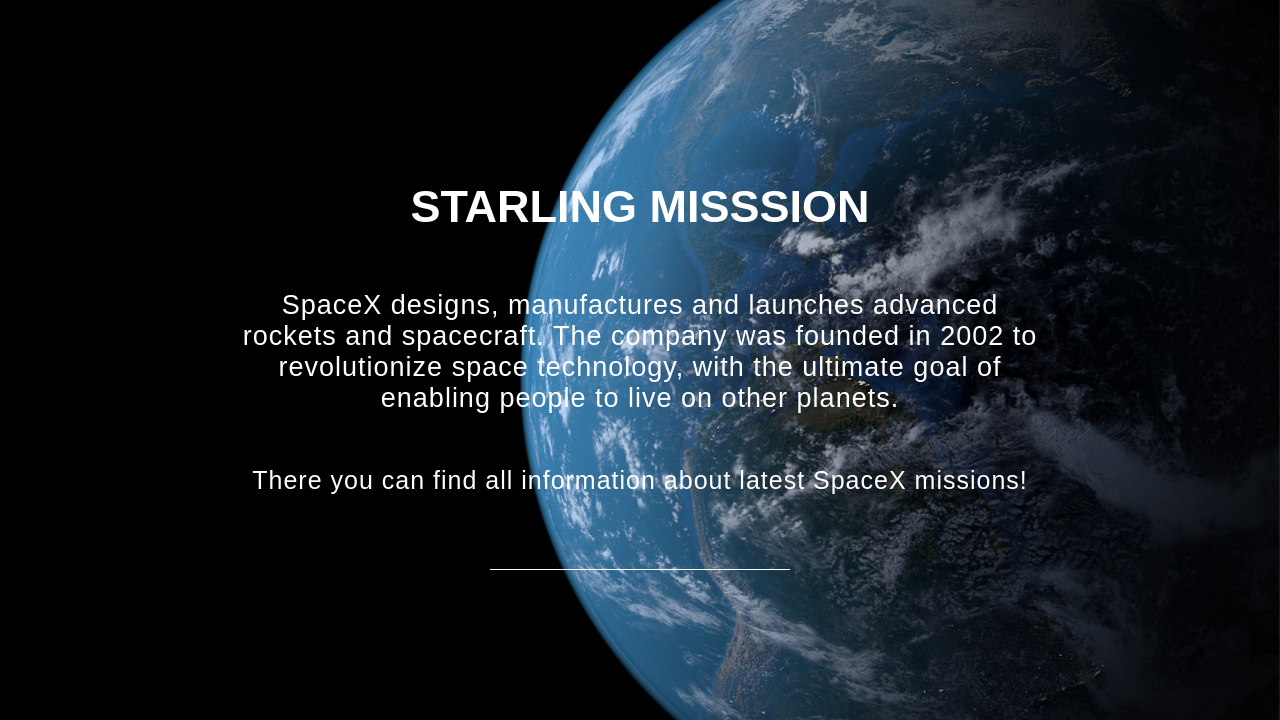
Repository: PJasiczek/vue-shop
Page: /#/
The author's editor kept a copy of each file at every save. The page is drawn from the files as they stood at one save, then again after a run of saves.
The browser window is 1280 px wide. The pictures show the whole page.
Some web fonts or font styles are not loaded; a fallback is used. The project was rebuilt for these pictures with package versions that can differ from the ones it lists, and the page was loaded fresh each time.

Above is the page before, as saved 2020-04-06 18:30:25.

After the next 2 saves:
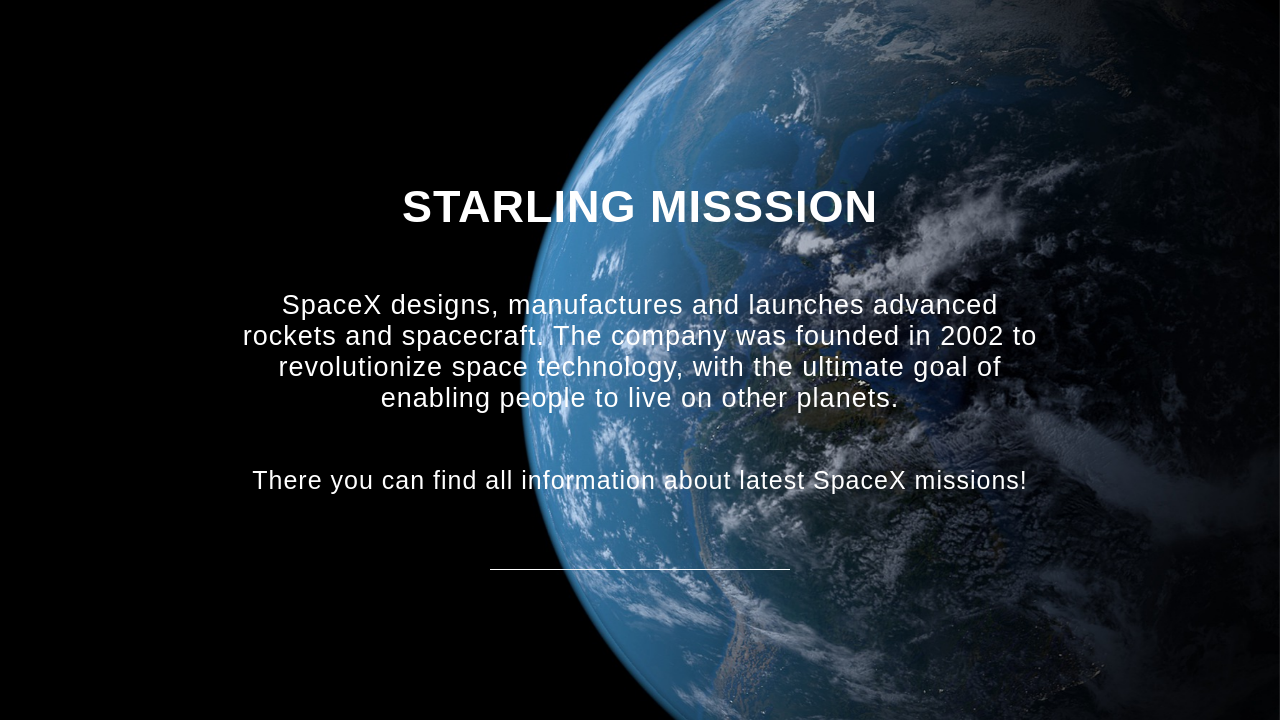
The 2 saves are shown as one change because they came seconds apart.
The last was saved 7 s later.
--- a/src/components/Claim.vue
+++ b/src/components/Claim.vue
@@ -26,6 +26,11 @@
 
         @media (min-width: 768px) {
             font-size: 45px;
+        }
+
+        @media (min-width: 1024px) {
+            width: 800px;
+            letter-spacing: 1px;
         }
     }
 
@@ -63,6 +68,11 @@
             font-size: 25px;
             font-weight: 200;
         }
+
+        @media (min-width: 1024px) {
+            width: 800px;
+            letter-spacing: 1px;
+        }
     }
 }
 
